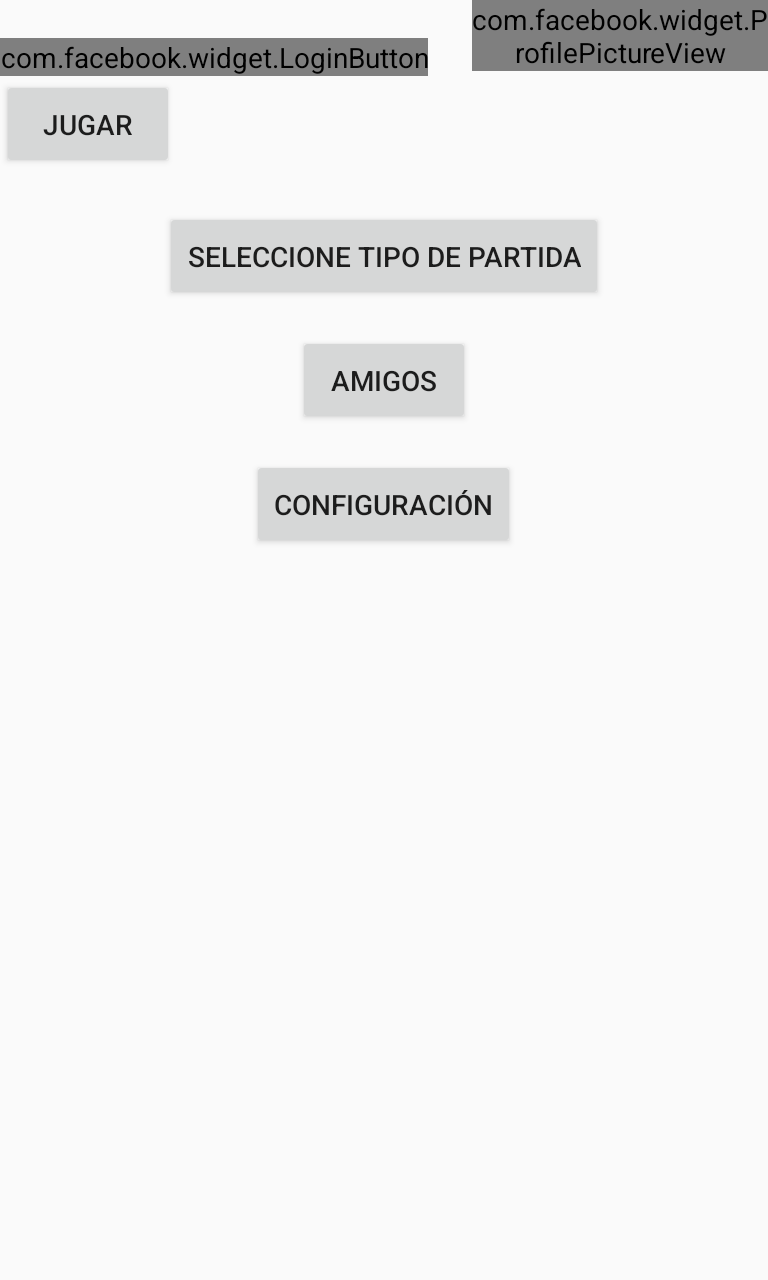
Repository: MVidi/juegos
Layout: SermoJuego/res/layout/pantallamenu.xml
These files come from the project's save history. The layout is drawn as it stood at one moment and after the next save; the edit follows.
Pictures or frames that could not be fetched are drawn as grey boxes. It is drawn on a 768 x 1280 px phone screen (xhdpi) without system bars, with theme AppTheme; the app's code is not run.

Above is the layout before, as saved 2014-08-11 16:51:21.

### SermoJuego/res/layout/pantallamenu.xml
<?xml version="1.0" encoding="utf-8"?>
<RelativeLayout xmlns:android="http://schemas.android.com/apk/res/android"
    xmlns:fb="http://schemas.android.com/apk/res-auto"
    android:layout_width="match_parent"
    android:layout_height="match_parent"
    >

    <Button
        android:id="@+id/configurarPM"
        android:layout_width="wrap_content"
        android:layout_height="wrap_content"
        android:layout_below="@+id/amigosPM"
        android:layout_centerHorizontal="true"
        android:layout_marginTop="14dp"
        android:text="@string/configurar" />

    <Button
        android:id="@+id/amigosPM"
        android:layout_width="wrap_content"
        android:layout_height="wrap_content"
        android:layout_below="@+id/tipopartidaPM"
        android:layout_centerHorizontal="true"
        android:layout_marginTop="14dp"
        android:text="@string/amigos" />

    <Button
        android:id="@+id/tipopartidaPM"
        android:layout_width="wrap_content"
        android:layout_height="wrap_content"
        android:layout_below="@+id/jugarPM"
        android:layout_centerHorizontal="true"
        android:layout_marginTop="18dp"
        android:text="@string/tipopartida" />

    <Button
        android:id="@+id/jugarPM"
        android:layout_width="wrap_content"
        android:layout_height="wrap_content"
        android:layout_alignParentTop="true"
        android:layout_marginTop="38dp"
        android:onClick="empezarJuego"
        android:text="@string/jugar" />

    <com.facebook.widget.ProfilePictureView
        android:id="@+id/profilePictureView1"
        android:layout_width="wrap_content"
        android:layout_height="wrap_content"
        android:layout_alignParentTop="true"
        android:layout_toRightOf="@+id/amigosPM" >
    </com.facebook.widget.ProfilePictureView>


        <com.facebook.widget.LoginButton
            android:id="@+id/loginButton1"
            android:layout_width="wrap_content"
            android:layout_height="wrap_content"
            android:layout_marginTop="19dp"
            android:text="@string/registrate"
            fb:logout_text="Connecting with facebook" />


</RelativeLayout>

### SermoJuego/res/values/strings.xml
<?xml version="1.0" encoding="utf-8"?>
<resources>

    <string name="app_name">SERMO</string>
    <string name="hello_world">Hello world!</string>
    <string name="juego">¡Bienvenido a SERMO !</string>
    <string name="action_settings">Settings</string>
  	<string name="Usuario">Nombre de usuario</string>
  	<string name="Contrasena">Contraseña</string>
  	<string name="Aceptar">Aceptar</string>
  	<string name="Invitado">Invitado</string>
  	<string name="nuevoUsuario">Nuevo Usuario</string>
  	<string name="jugar">jugar</string>
  	<string name="amigos">Amigos</string>
  	<string name="configurar">Configuración</string>
  	<string name="tipopartida">Seleccione tipo de partida</string>
  	<string name="registrate">Usa tu usuario de facebook</string>
</resources>

Loaded but not shown: SermoJuego/res/values/styles.xml (common file); SermoJuego/res/values-v11/styles.xml (common file); SermoJuego/res/values-v14/styles.xml (common file)

After the next save:
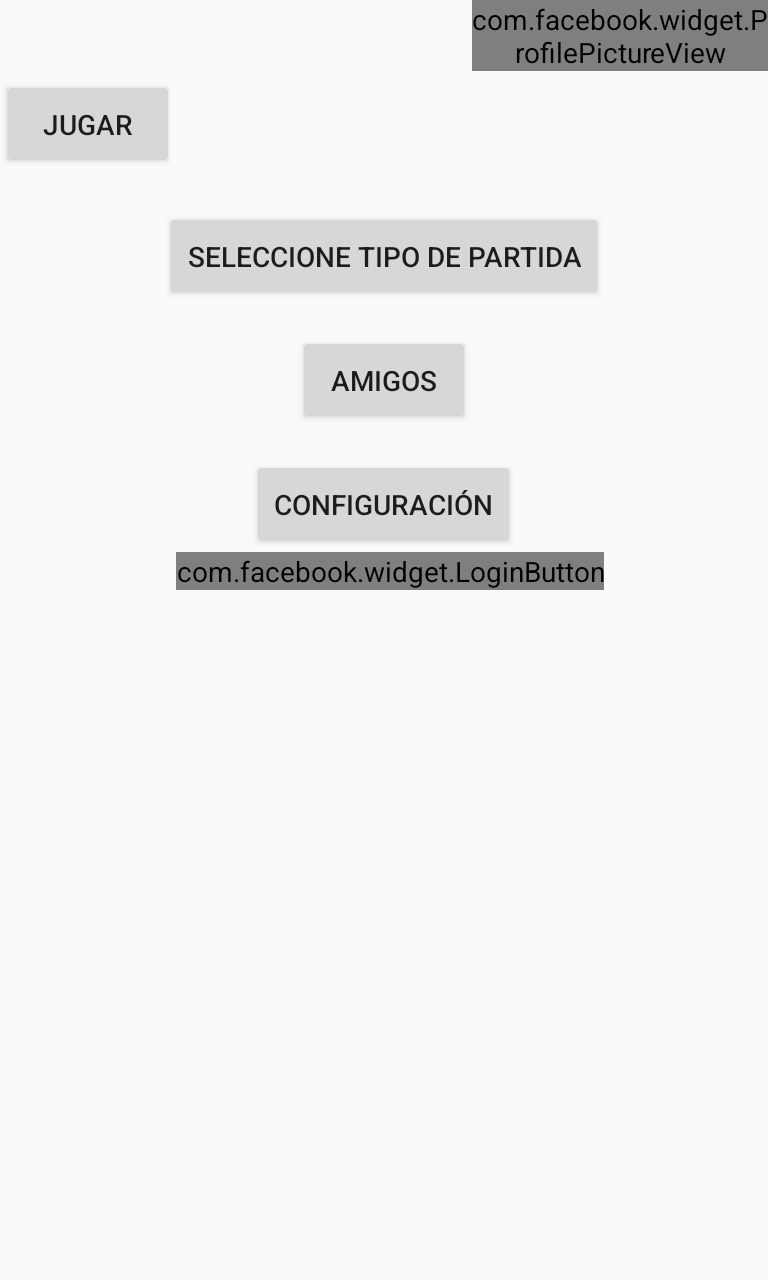
Saved 3 min 27 s later.
--- a/SermoJuego/res/layout/pantallamenu.xml
+++ b/SermoJuego/res/layout/pantallamenu.xml
@@ -49,14 +49,13 @@
         android:layout_toRightOf="@+id/amigosPM" >
     </com.facebook.widget.ProfilePictureView>
 
-
         <com.facebook.widget.LoginButton
             android:id="@+id/loginButton1"
             android:layout_width="wrap_content"
             android:layout_height="wrap_content"
-            android:layout_marginTop="19dp"
+            android:layout_below="@+id/configurarPM"
+            android:layout_toRightOf="@+id/jugarPM"
             android:text="@string/registrate"
             fb:logout_text="Connecting with facebook" />
 
-
 </RelativeLayout>
